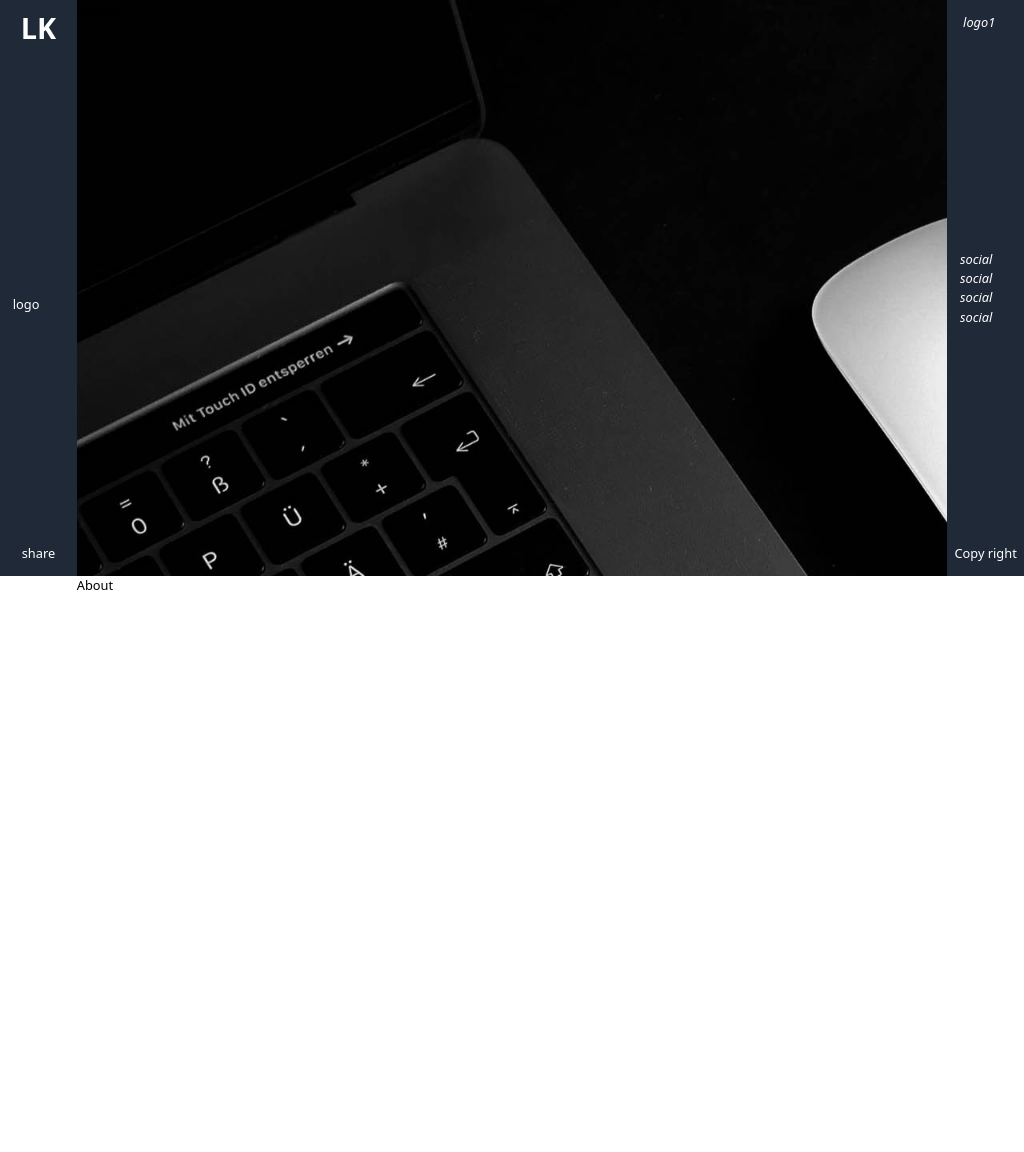
Repository: linco6054/template-tailwindcss
Page: index.html
An editor plug-in stored every save of this project. The page is shown before and after the next save, followed by the edit.
The browser window is 1280 px wide. The pictures show the whole page, at 80% of full size.

Above is the page before, as saved 2021-08-17 15:35:22.

After the next save:
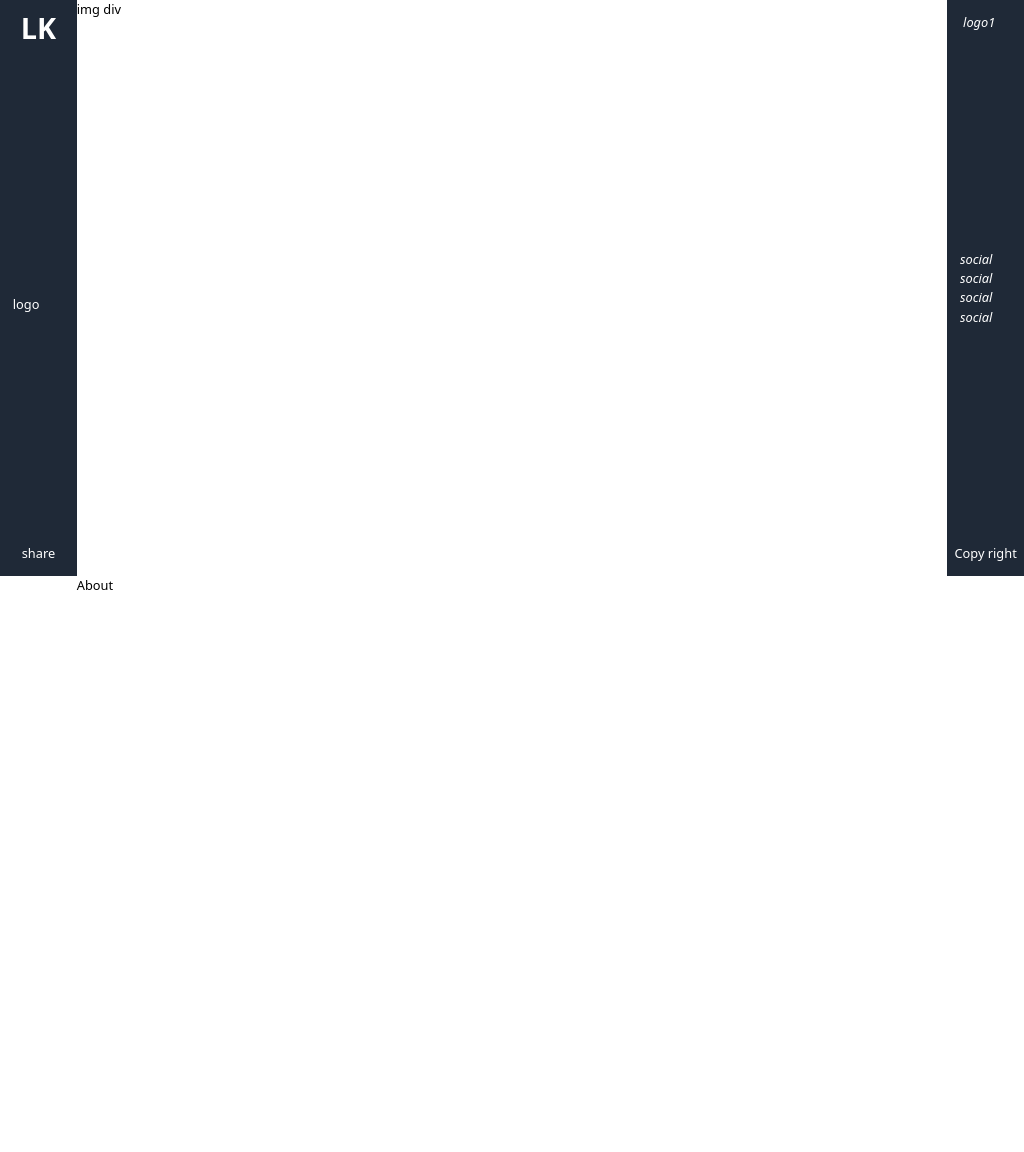
Saved 15 s later.
--- a/index.html
+++ b/index.html
@@ -53,7 +53,7 @@
       <div class="h-screen relative">
         <div
           class="w-full h-full bg-repeat-x"
-          style="background-image: url(./images/bg.jpg)"
+
         >
           img div
         </div>
